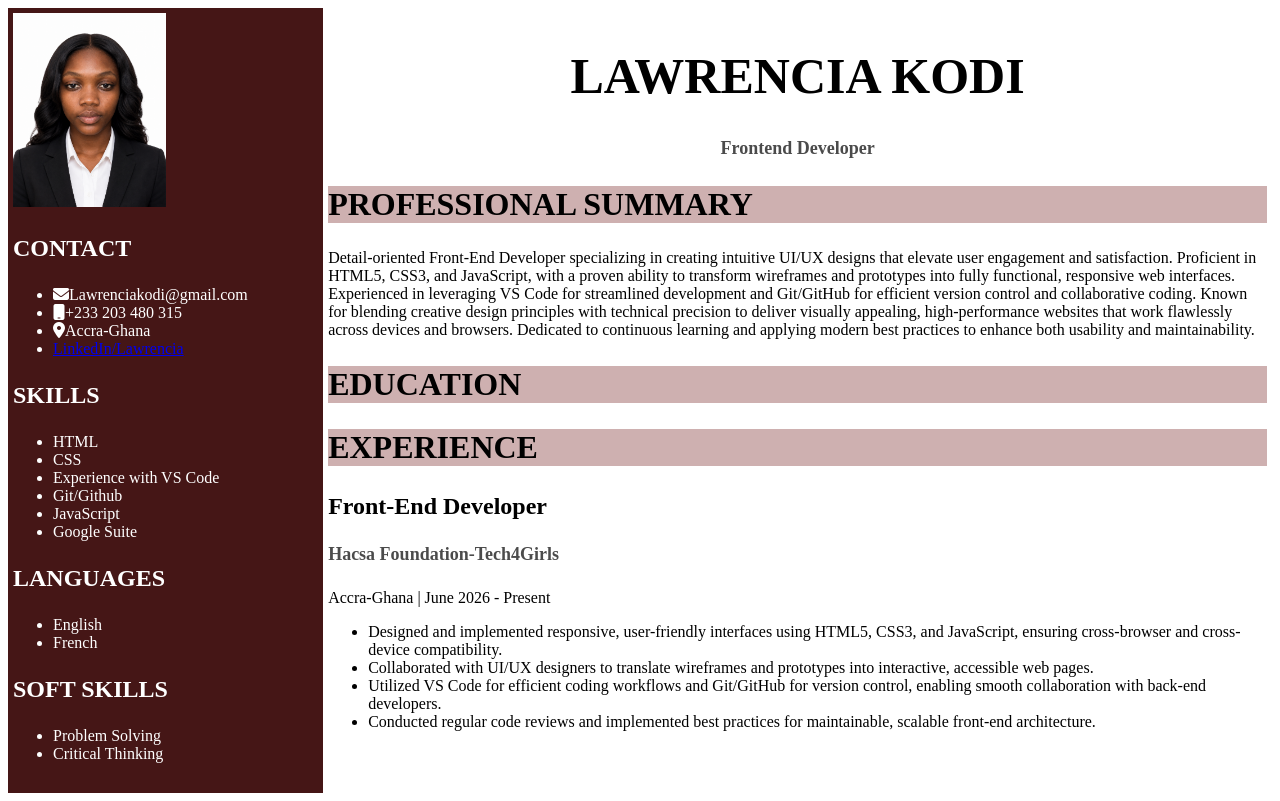
Repository: lawrencia-coder/T4G_CV
Page: index.html
The author's editor kept a copy of each file at every save. The page is drawn from the files as they stood at one save, then again after the next save.
The browser window is 1280 px wide. The pictures show the whole page.
Some icons come from a web library that is not loaded, so they are not drawn. Some web libraries are served in a nearby version.

Above is the page before, as saved 2026-07-15 08:04:23.

### index.html
<!DOCTYPE html>
<html lang="en">
<head>
    <meta charset="UTF-8">
    <meta name="viewport" content="width=device-width, initial-scale=1.0">
    <script src="https://kit.fontawesome.com/c72fc9c022.js" crossorigin="anonymous"></script>
    <title>T4G_CV</title>
    <link rel="stylesheet" href="style.css">
</head>
<body>
    <div class="cv-container">
        <div class="left-column">
            <img src="images/passport pic 1.png" alt="" width="50%" height="25%">
            <h3>CONTACT</h3>
             <p>
              <ul>
                <li><i class="fa-solid fa-envelope" style="color: rgb(255, 255, 255);"></i>Lawrenciakodi@gmail.com</li>
                <li><i class="fa-solid fa-mobile" style="color: rgb(255, 255, 255);"></i>+233 203 480 315</li>
                <li><i class="fa-solid fa-location-dot" style="color: rgb(255, 255, 255);"></i>Accra-Ghana</li>
                <li><i class="fa-brands fa-square-linkedin" style="color: rgb(255, 255, 255);"></i><a href="www.linkedin.com/in/lawrencia-kodi-192a71305" target="_blank" rel="noopener noreferrer">LinkedIn/Lawrencia</a></li>
              </ul>
             </p>

            <h3>SKILLS</h3>
             <p>
                <ul>
                    <li>HTML</li>
                    <li>CSS</li>
                    <li>Experience with VS Code</li>
                    <li>Git/Github</li>
                    <li>JavaScript</li>
                    <li>Google Suite</li>
                </ul>
             </p>

             <h3>LANGUAGES</h3>
             <p>
                <ul>
                    <li>English</li>
                    <li>French</li>
                </ul>
             </p>

             <h3>SOFT SKILLS</h3>
             <p>
                <ul>
                    <li>Problem Solving</li>
                    <li>Critical Thinking</li>

                </ul>
             </p>
        </div>
         <div class="right-column">
             <h1>LAWRENCIA KODI  </h1>
             <h4 style="text-align: center;">Frontend Developer</h4>
             <h2>PROFESSIONAL SUMMARY</h2>
              <p>Detail-oriented Front-End Developer specializing in creating intuitive UI/UX designs that elevate user engagement and satisfaction.
                 Proficient in HTML5, CSS3, and JavaScript, with a proven ability to transform wireframes and prototypes into fully functional, responsive web interfaces.
                 Experienced in leveraging VS Code for streamlined development and Git/GitHub for efficient version control and collaborative coding.
                 Known for blending creative design principles with technical precision to deliver visually appealing, high-performance websites that work flawlessly across devices and browsers.
                 Dedicated to continuous learning and applying modern best practices to enhance both usability and maintainability.
                </p>

                <h2>EDUCATION</h2>


                <h2>EXPERIENCE</h2>
                <p>
                    <h3>Front-End Developer</h3>
                    <h4>Hacsa Foundation-Tech4Girls </h4>
                    <p2>Accra-Ghana   |   June 2026 - Present</p2>
                </p>
                 <p>
                    <ul>
                        <li>Designed and implemented responsive, user-friendly interfaces using HTML5, CSS3, and JavaScript, ensuring cross-browser and cross-device compatibility.</li>
                        <li>Collaborated with UI/UX designers to translate wireframes and prototypes into interactive, accessible web pages.</li>
                        <li>Utilized VS Code for efficient coding workflows and Git/GitHub for version control, enabling smooth collaboration with back-end developers.</li>
                        <li>Conducted regular code reviews and implemented best practices for maintainable, scalable front-end architecture.</li>
                    </ul>
                 </p>
         </div>
    </div>

</body>
</html>

### style.css
/* styling headings */
h1{
    text-align: center;
    font-size: 50px;
    margin-bottom: none;
}

h4{
    opacity: calc(70%);
    font-size: large;
}

h2{
    background-color: rgb(206, 176, 176);
    font-size: xx-large;
}

h3{
    font-size: x-large;
}

h5{
font-size: large;
opacity: 80%;
display: flex;
flex-direction: row;
}

h6{
align-self: flex-end;
}


/* styling cv-container */
.cv-container{
    display: flex;
    width: 100%;
    min-height: 100vh;
}

.left-column{
width: 26%;
background-color: rgb(69, 22, 22);
color: white;
padding: 5px;
}

.right-column{
    width: 80%;
    background-color: white;
    color: black;
    padding: 5px;
}

After the next save:
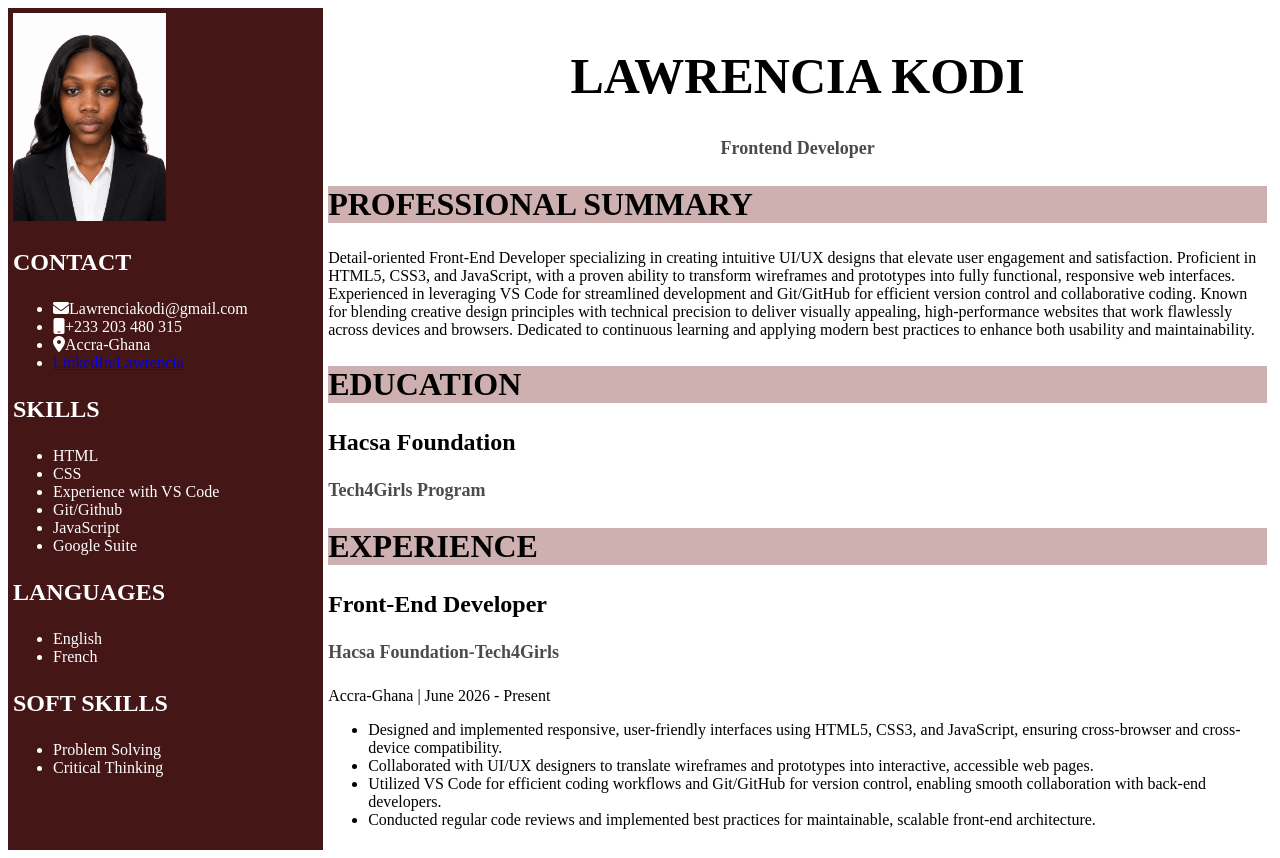
Saved 12 s later.
--- a/index.html
+++ b/index.html
@@ -62,7 +62,10 @@
                 </p>
 
                 <h2>EDUCATION</h2>
-
+                <p>
+                    <h3>Hacsa Foundation</h3>
+                    <h4>Tech4Girls Program</h4>
+                </p>
 
                 <h2>EXPERIENCE</h2>
                 <p>
